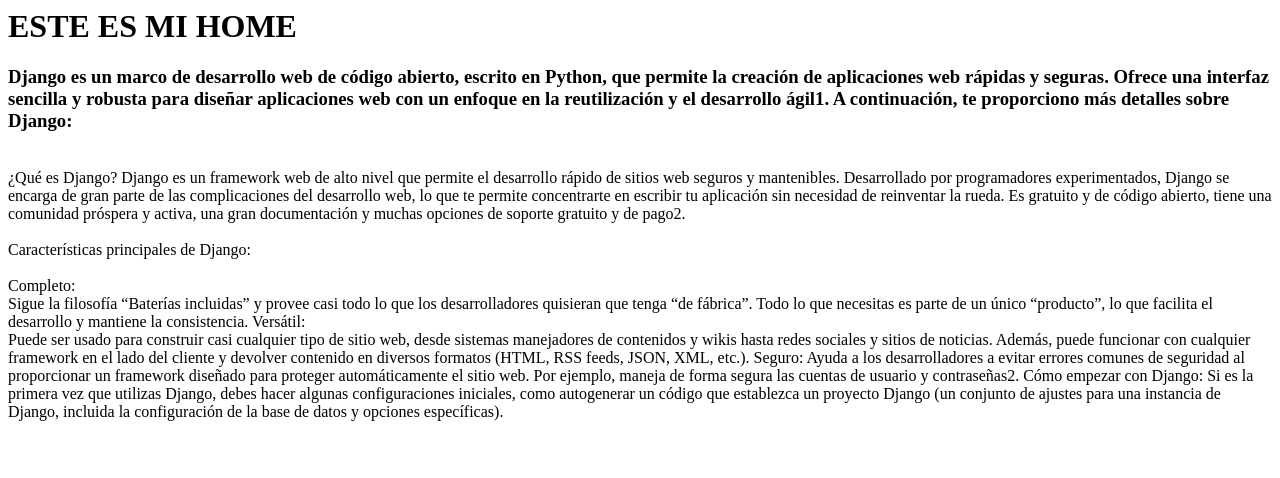
Repository: profe-ggarrido/desaf-aplic-web-python
Page: http://localhost/
The author's editor kept a copy of each file at every save. The page is drawn from the files as they stood at one save, then again after the next save.
The browser window is 1280 px wide. The pictures show the whole page.
The page is served by the project's application, run on Django 4.2 (pro_alfa/manage.py). Other server files are loaded and not shown.

Above is the page before, as saved 2024-04-30 13:36:55.

### pro_alfa/mascotasApp/views.py
from django.shortcuts import render

#Se debe importar la libreria HttpResponse
from django.http import HttpResponse


def home(request):
    return HttpResponse(
        """
        <h1>ESTE ES MI HOME</h1>
        <h3>Django es un marco de desarrollo web de código abierto, escrito en Python, que permite la creación de aplicaciones web rápidas y seguras. Ofrece una interfaz sencilla y robusta para diseñar aplicaciones web con un enfoque en la reutilización y el desarrollo ágil1. A continuación, te proporciono más detalles sobre Django:</h3><br>

¿Qué es Django?
Django es un framework web de alto nivel que permite el desarrollo rápido de sitios web seguros y mantenibles.
Desarrollado por programadores experimentados, Django se encarga de gran parte de las complicaciones del desarrollo web, lo que te permite concentrarte en escribir tu aplicación sin necesidad de reinventar la rueda.
Es gratuito y de código abierto, tiene una comunidad próspera y activa, una gran documentación y muchas opciones de soporte gratuito y de pago2.<br><br>
Características principales de Django:<br><br>
Completo: <br>Sigue la filosofía “Baterías incluidas” y provee casi todo lo que los desarrolladores quisieran que tenga “de fábrica”. Todo lo que necesitas es parte de un único “producto”, lo que facilita el desarrollo y mantiene la consistencia.
Versátil: <br>Puede ser usado para construir casi cualquier tipo de sitio web, desde sistemas manejadores de contenidos y wikis hasta redes sociales y sitios de noticias. Además, puede funcionar con cualquier framework en el lado del cliente y devolver contenido en diversos formatos (HTML, RSS feeds, JSON, XML, etc.).
Seguro: Ayuda a los desarrolladores a evitar errores comunes de seguridad al proporcionar un framework diseñado para proteger automáticamente el sitio web. Por ejemplo, maneja de forma segura las cuentas de usuario y contraseñas2.
Cómo empezar con Django:
Si es la primera vez que utilizas Django, debes hacer algunas configuraciones iniciales, como autogenerar un código que establezca un proyecto Django (un conjunto de ajustes para una instancia de Django, incluida la configuración de la base de datos y opciones específicas).

    """
    )

def about(request):
    return HttpResponse("""
            <p>Lorem ipsum dolor sit amet consectetur, adipisicing elit. Cum laboriosam numquam consequatur,
            placeat natus voluptas dolorum, fugit excepturi rerum aliquid possimus at facilis laborum s
            ed? Vitae temporibus officia quos fuga.</p>

            """)


def contacto(request):
    return HttpResponse("""
        <!DOCTYPE html>
<html lang="es">
<head>
    <meta charset="UTF-8">
    <meta name="viewport" content="width=device-width, initial-scale=1.0">
    <title>Formulario de Contacto</title>
</head>
<body>
    <h2>Formulario de Contacto</h2>
    <form action="#" method="POST">
        <div>
            <label for="nombre">Nombre:</label>
            <input type="text" id="nombre" name="nombre" required>
        </div>
        <div>
            <label for="email">Correo Electrónico:</label>
            <input type="email" id="email" name="email" required>
        </div>
        <div>
            <label for="comentario">Comentario:</label>
            <textarea id="comentario" name="comentario" rows="4" required></textarea>
        </div>
        <div>
            <button type="submit">Enviar</button>
        </div>
    </form>
</body>
</html>

        """
                        )

### pro_alfa/pro_alfa/urls.py
"""
URL configuration for pro_alfa project.

The `urlpatterns` list routes URLs to views. For more information please see:
    https://docs.djangoproject.com/en/4.2/topics/http/urls/
Examples:
Function views
    1. Add an import:  from my_app import views
    2. Add a URL to urlpatterns:  path('', views.home, name='home')
Class-based views
    1. Add an import:  from other_app.views import Home
    2. Add a URL to urlpatterns:  path('', Home.as_view(), name='home')
Including another URLconf
    1. Import the include() function: from django.urls import include, path
    2. Add a URL to urlpatterns:  path('blog/', include('blog.urls'))
"""
from django.contrib import admin
from django.urls import path

from mascotasApp.views import home
from mascotasApp.views import about
from mascotasApp.views import contacto


urlpatterns = [
    path('admin/', admin.site.urls),

    path("",home),
    path("about/",about),
    path("contacto/",contacto)
]

After the next save:
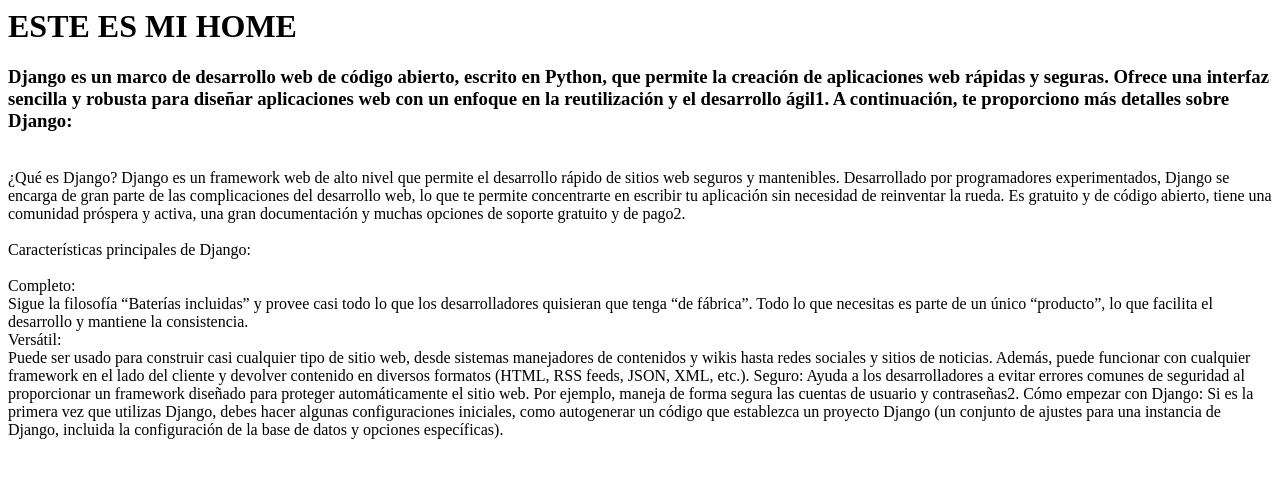
Saved 21 s later.
--- a/pro_alfa/mascotasApp/views.py
+++ b/pro_alfa/mascotasApp/views.py
@@ -15,7 +15,7 @@
 Desarrollado por programadores experimentados, Django se encarga de gran parte de las complicaciones del desarrollo web, lo que te permite concentrarte en escribir tu aplicación sin necesidad de reinventar la rueda.
 Es gratuito y de código abierto, tiene una comunidad próspera y activa, una gran documentación y muchas opciones de soporte gratuito y de pago2.<br><br>
 Características principales de Django:<br><br>
-Completo: <br>Sigue la filosofía “Baterías incluidas” y provee casi todo lo que los desarrolladores quisieran que tenga “de fábrica”. Todo lo que necesitas es parte de un único “producto”, lo que facilita el desarrollo y mantiene la consistencia.
+Completo: <br>Sigue la filosofía “Baterías incluidas” y provee casi todo lo que los desarrolladores quisieran que tenga “de fábrica”. Todo lo que necesitas es parte de un único “producto”, lo que facilita el desarrollo y mantiene la consistencia.<br>
 Versátil: <br>Puede ser usado para construir casi cualquier tipo de sitio web, desde sistemas manejadores de contenidos y wikis hasta redes sociales y sitios de noticias. Además, puede funcionar con cualquier framework en el lado del cliente y devolver contenido en diversos formatos (HTML, RSS feeds, JSON, XML, etc.).
 Seguro: Ayuda a los desarrolladores a evitar errores comunes de seguridad al proporcionar un framework diseñado para proteger automáticamente el sitio web. Por ejemplo, maneja de forma segura las cuentas de usuario y contraseñas2.
 Cómo empezar con Django:
